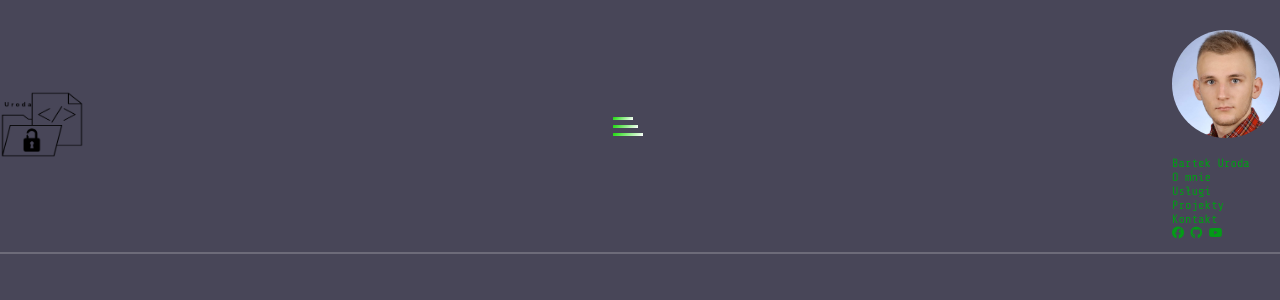
Repository: BartekUroda/portfolio
Page: index.html
The author's editor kept a copy of each file at every save. The page is drawn from the files as they stood at one save, then again after the next save.
The browser window is 1280 px wide. The pictures show the whole page.
Some web libraries are served in a nearby version.

Above is the page before, as saved 2020-10-26 21:16:26.

After the next save:
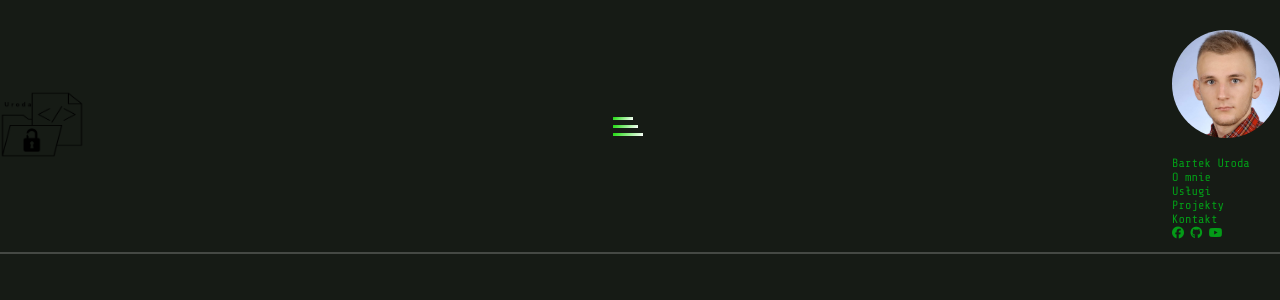
Saved 39 s later.
--- a/css/style.css
+++ b/css/style.css
@@ -12,7 +12,7 @@ html {
     box-sizing: border-box;
     scroll-behavior: smooth;
     color: #e7e7e7;
-    background: rgb(72, 70, 88);
+    background: rgb(22, 27, 21);
 }
 
 a {
